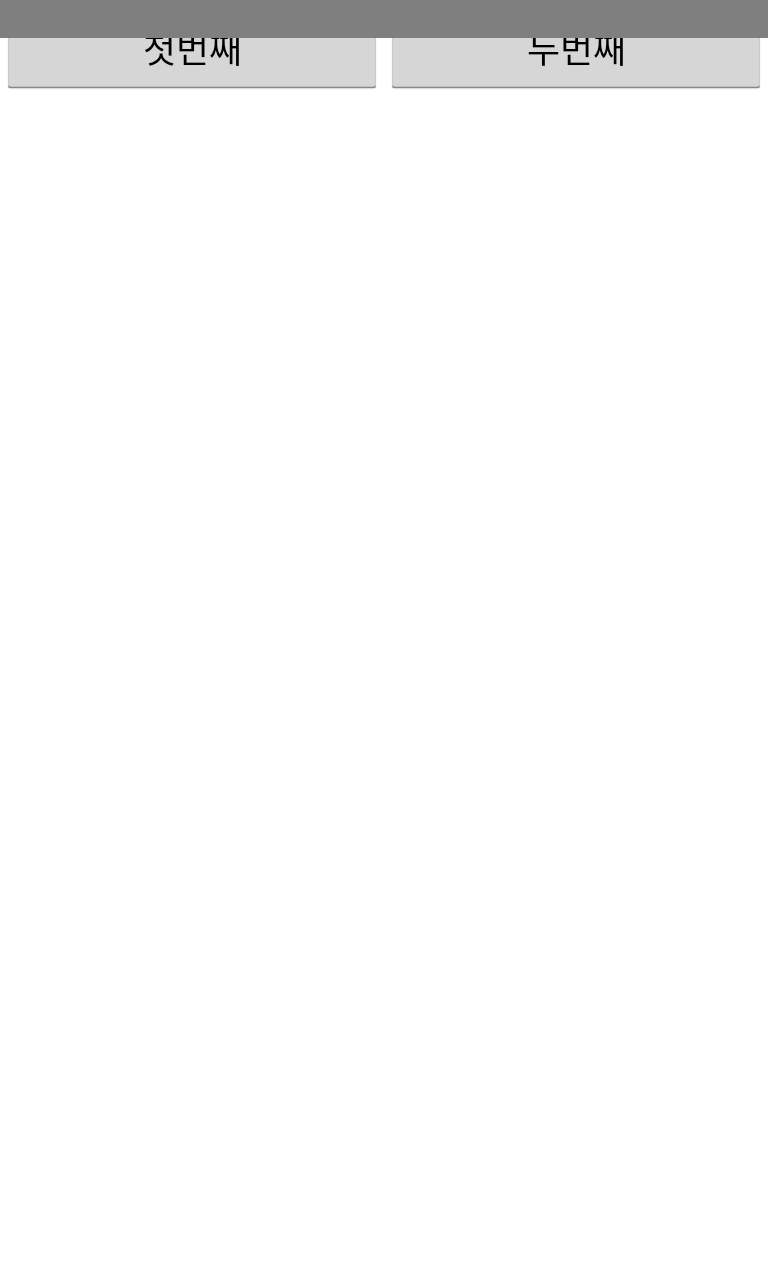
Repository: pajamasi726/AndroidExample
Layout: AndroidExample/Study_Fragment/res/layout/activity_main.xml
The author's editor kept a copy of each file at every save. The layout is drawn from the files as they stood at one save, then again after the next save.
Pictures or frames that could not be fetched are drawn as grey boxes. It is drawn on a 768 x 1280 px phone screen (xhdpi) without system bars, with theme AppTheme; the app's code is not run.

Above is the layout before, as saved 2016-02-20 03:04:00.

After the next save:
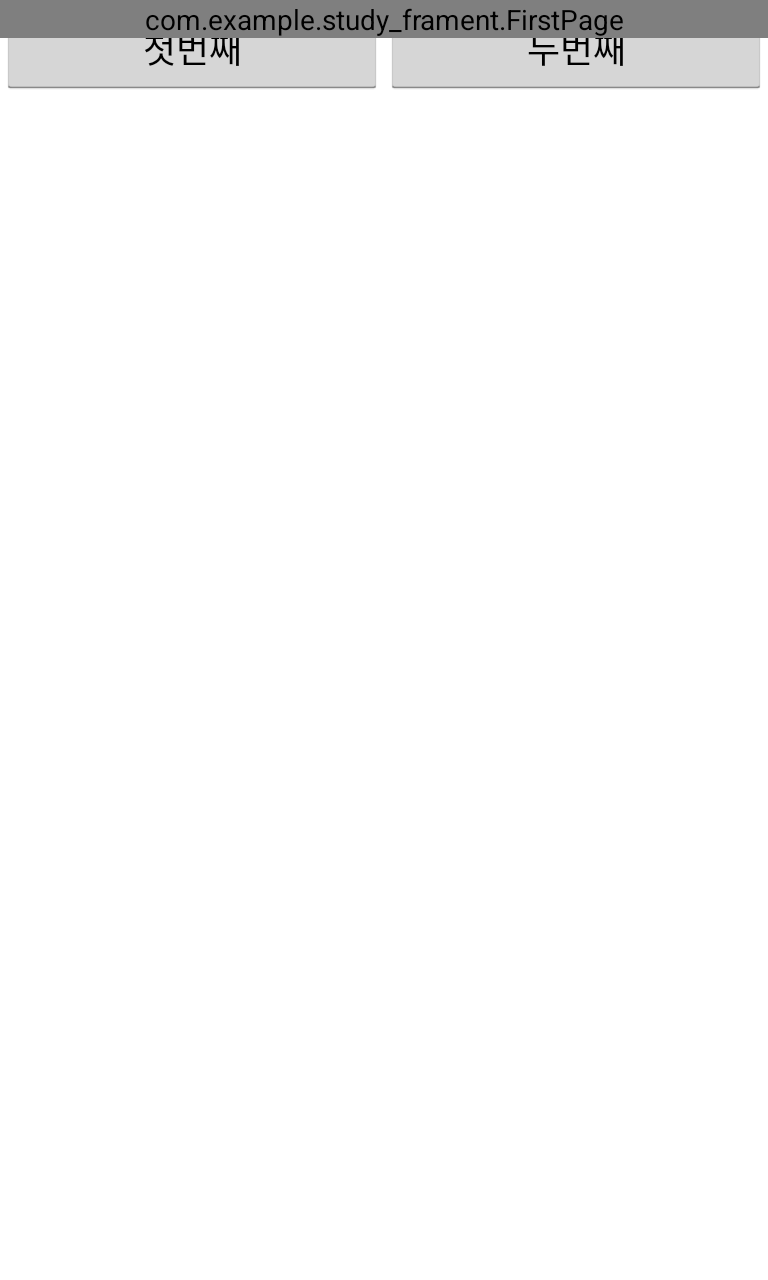
Saved 12 min 57 s later.
--- a/AndroidExample/Study_Fragment/res/layout/activity_main.xml
+++ b/AndroidExample/Study_Fragment/res/layout/activity_main.xml
@@ -28,9 +28,8 @@
             android:text="두번째" />
     </LinearLayout>
 
-    <fragment
+    <com.example.study_frament.FirstPage
         android:id="@+id/fragmentArea"
-        android:name="com.example.study_fragment.FirstPage"
         android:layout_width="match_parent"
         android:layout_height="wrap_content"
         android:layout_below="@+id/linearLayout1" />
